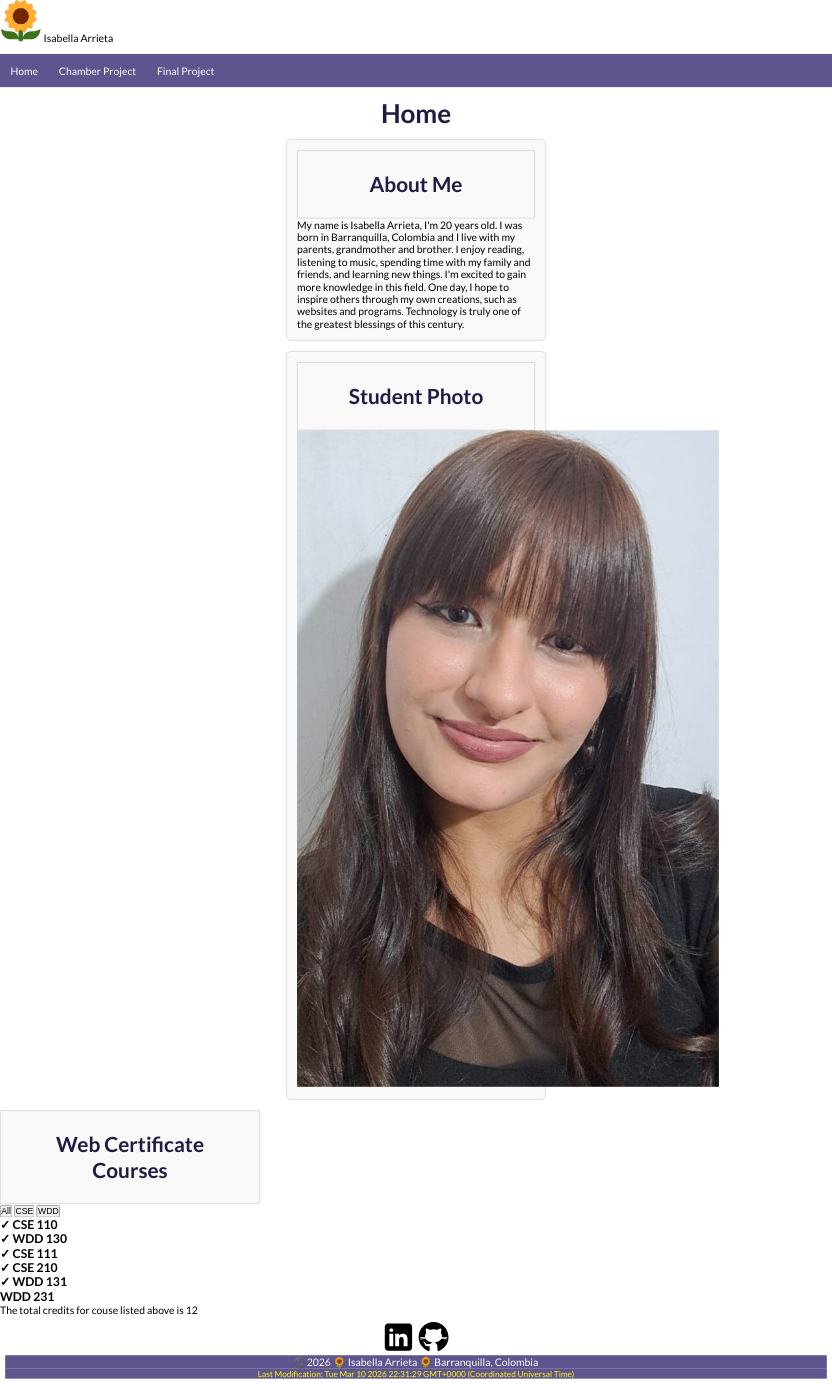
Repository: isaAJ05/wdd231
Page: index.html
An editor plug-in stored every save of this project. The page is shown before and after a run of saves, followed by the edit.
The browser window is 1280 px wide. The pictures show the whole page, at 65% of full size.
Some web fonts or font styles are not loaded; a fallback is used.

Above is the page before, as saved 2026-03-10 23:44:22.

After the next 4 saves:
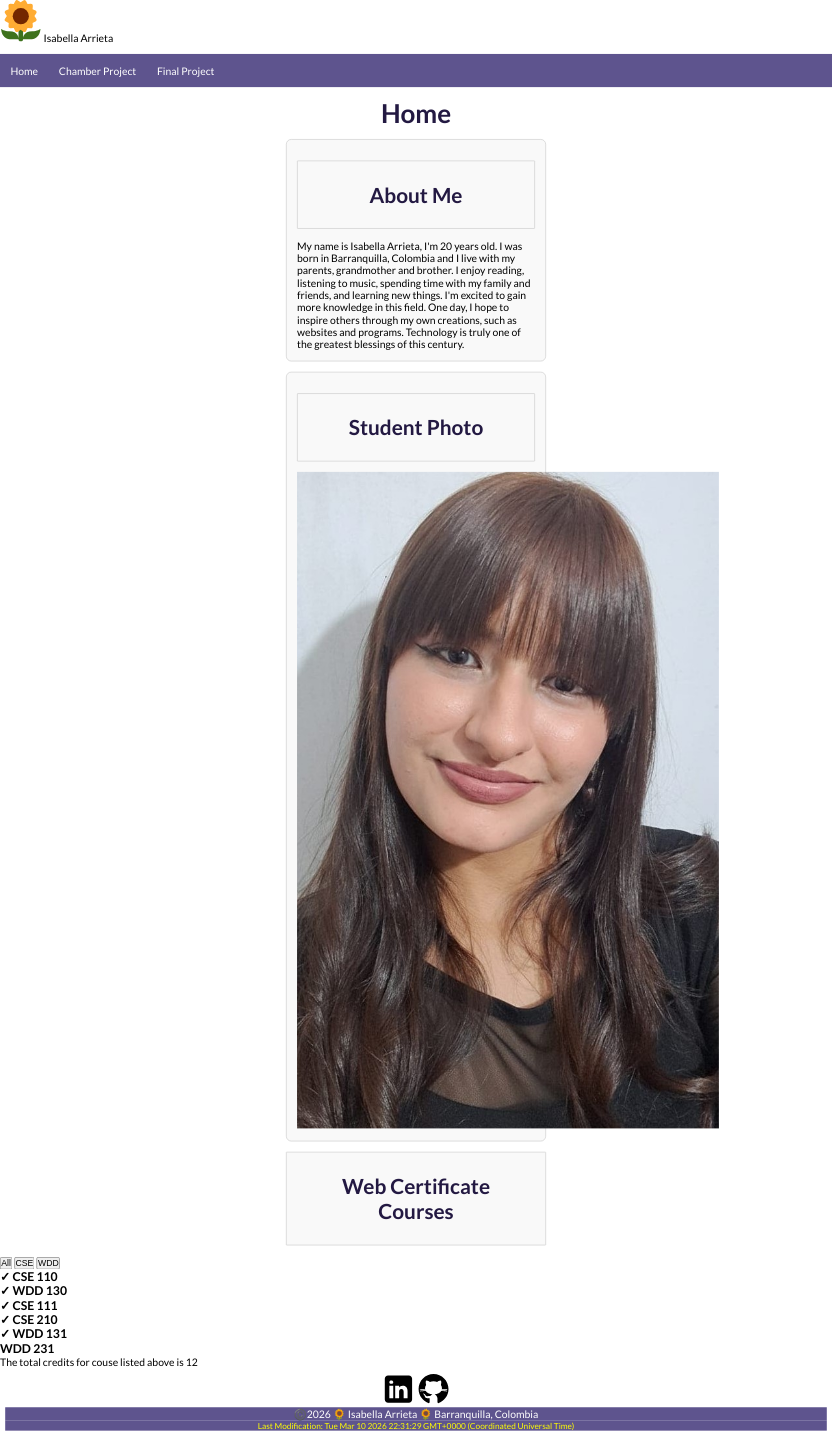
The 4 saves are shown as one change because they came seconds apart.
The last was saved 12 s later.
--- a/styles/normalize.css
+++ b/styles/normalize.css
@@ -94,7 +94,7 @@ nav {
 	border: 1px solid #ccc;
 	border-radius: 1px;
 	padding: 1rem;
-	margin: 0.5 auto;
+	margin: 1rem auto;
 	max-width: 400px;
 	background-color: #f9f9f9;
 
